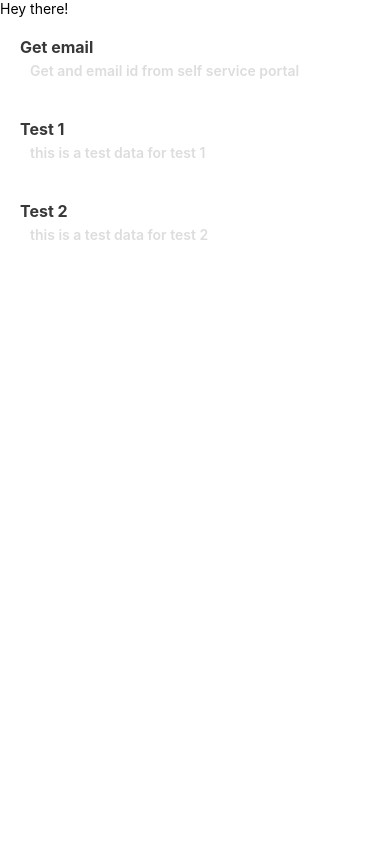
Repository: sadarsh216/Todo-App
Page: /
An editor plug-in stored every save of this project. The page is shown before and after the next save, followed by the edit.
The browser window is 390 px wide. The pictures show the whole page.
The app was drawn by React Native's web renderer in a window 390 px wide. The project was rebuilt for these pictures with package versions that can differ from the ones it lists, and the page was loaded fresh each time.

Above is the page before, as saved 2021-10-09 12:53:22.

After the next save:
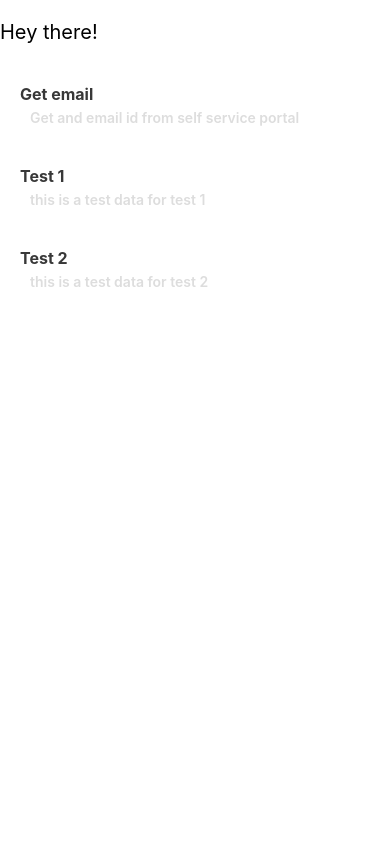
Saved 11 s later.
--- a/App.tsx
+++ b/App.tsx
@@ -6,7 +6,7 @@ import Todos from "./Pages/Todos";
 export default function App() {
   return (
     <SafeAreaView>
-      <Text>Hey there!</Text>
+      <Text style={styles.heading}>Hey there!</Text>
       <Todos />
     </SafeAreaView>
   );
@@ -15,6 +15,6 @@ export default function App() {
 const styles = StyleSheet.create({
   heading: {
     fontSize: 20,
-    marginVertical:20,
+    marginVertical: 20,
   },
 });
